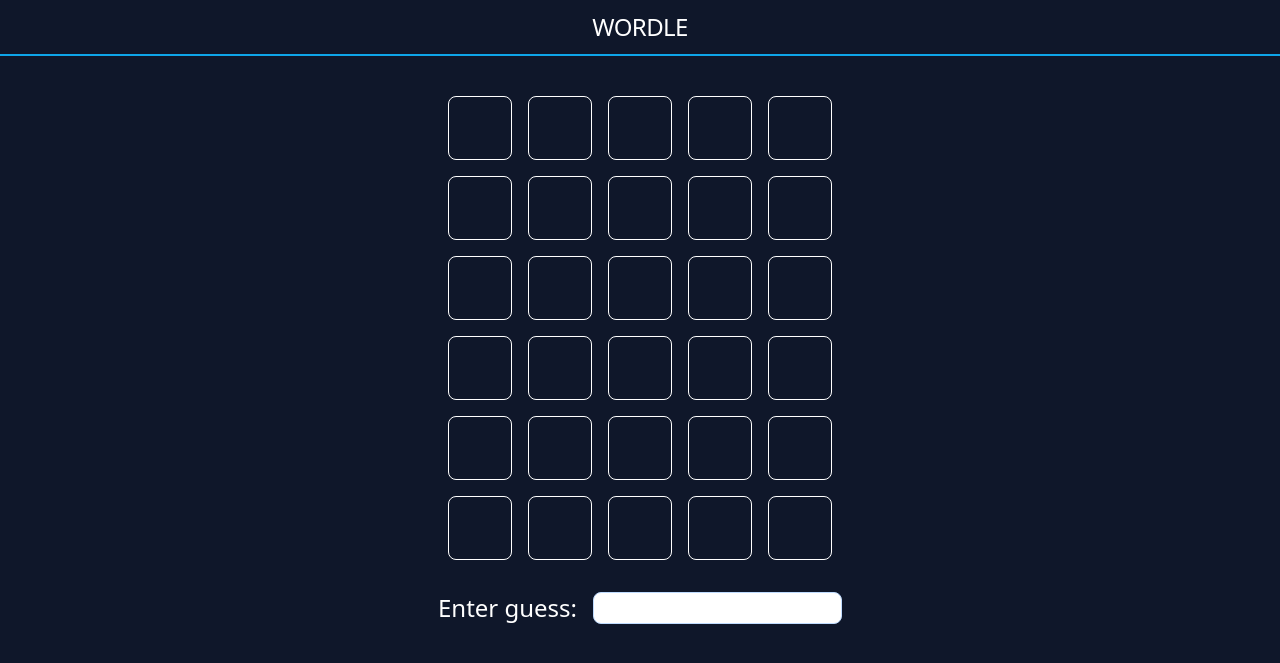
Repository: hjubsoni/basic-wordle-game
Page: / (app in client/)
The author's editor kept a copy of each file at every save. The page is drawn from the files as they stood at one save, then again after the next save.
The browser window is 1280 px wide. The pictures show the whole page.
The page's requests for data from a server got no answer. The project was rebuilt for these pictures with package versions that can differ from the ones it lists, and the page was loaded fresh each time. No one was signed in, and anything a server would have sent is missing. Also part of the build but not shown: client/vite.config.ts.

Above is the page before, as saved 2023-01-27 16:51:59.

After the next save:
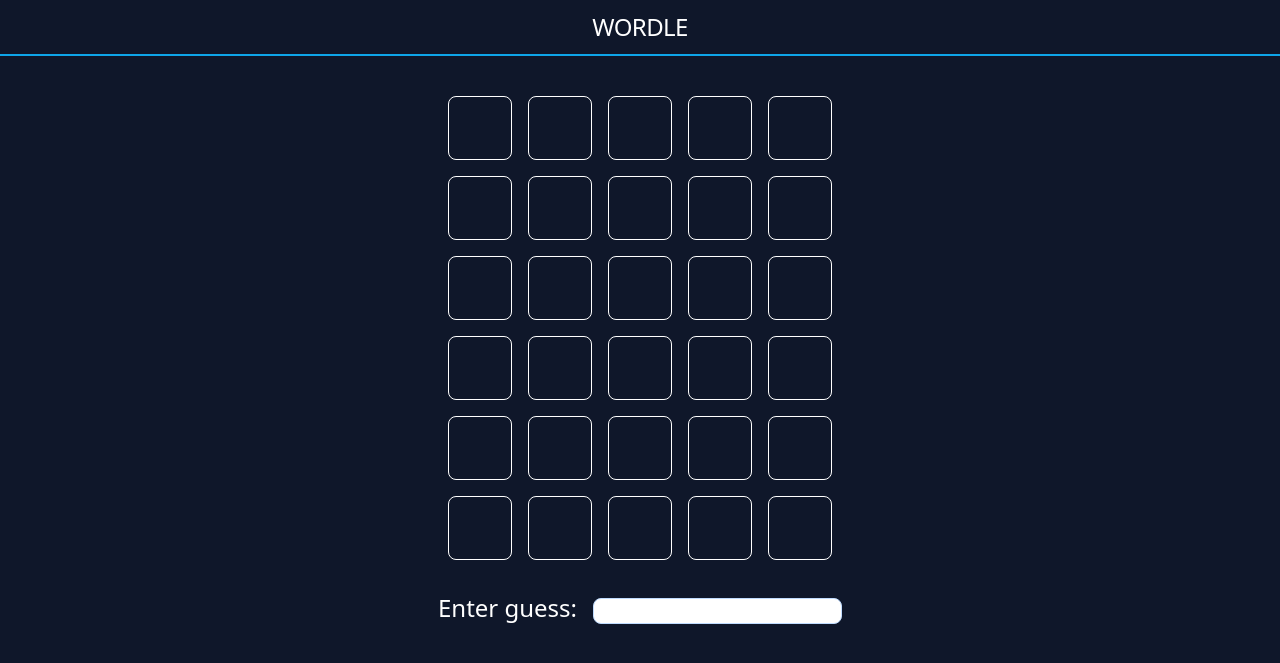
Saved 10 s later.
--- a/client/src/components/Form/Form.tsx
+++ b/client/src/components/Form/Form.tsx
@@ -25,7 +25,10 @@
     setCurrentRow(currentRow + 1);
   };
   return (
-    <form onSubmit={handleSubmit} className="flex gap-4">
+    <form
+      onSubmit={handleSubmit}
+      className="flex gap-4 items-baseline"
+    >
       <label htmlFor="guess" className="text-white text-2xl">
         Enter guess:
       </label>
